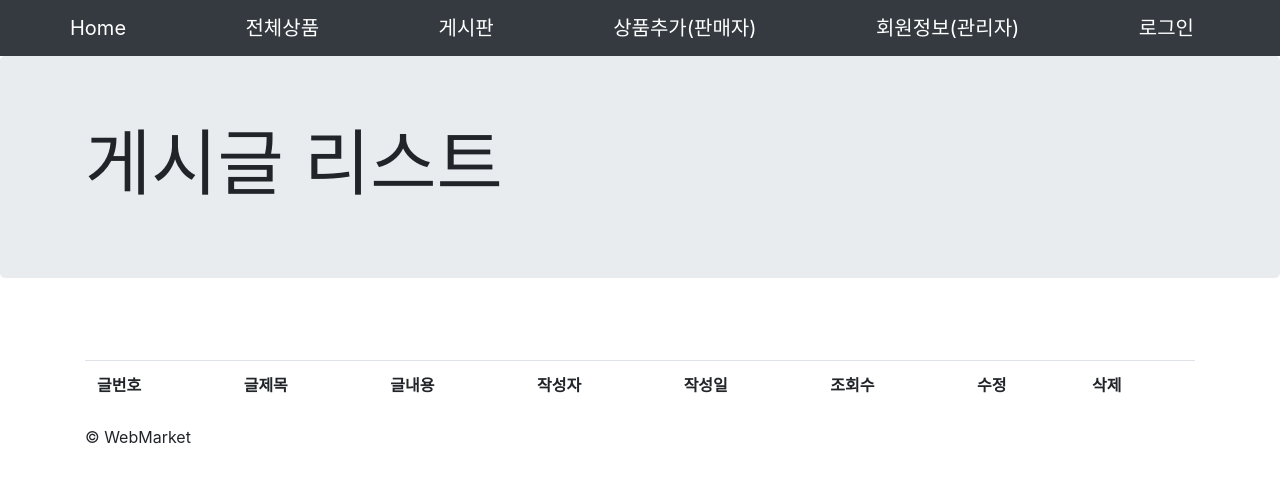
Repository: davisbyun/ai
Page: http://localhost/WebMarket/board/boardList.jsp
These files come from the project's save history. The page is drawn as it stood at one moment and after the next save; the edit follows.
The browser window is 1280 px wide. The pictures show the whole page.
The page is served by Tomcat 9. Queries for data that is not in the repository find no rows.

Above is the page before, as saved 2024-01-30 01:47:17.

After the next save:
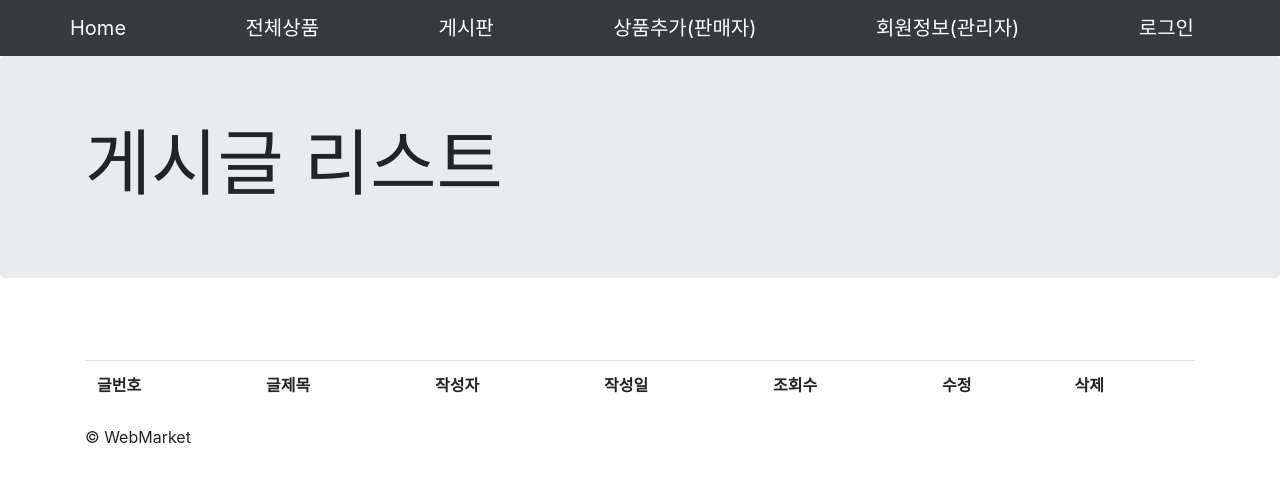
Saved 32 s later.
--- a/WebMarket/src/main/webapp/board/boardList.jsp
+++ b/WebMarket/src/main/webapp/board/boardList.jsp
@@ -43,7 +43,7 @@
 
     <div style="padding-top: 50px">
 	 <table class="table table-hover">
-    	<tr><th>글번호</th> <th>글제목</th> <th>글내용</th> <th>작성자</th> <th>작성일</th> <th>조회수</th> <th>수정</th> <th>삭제</th></tr>
+    	<tr><th>글번호</th> <th>글제목</th> <th>작성자</th> <th>작성일</th> <th>조회수</th> <th>수정</th> <th>삭제</th></tr>
         <%
           while(rs.next()) { //rs.next() 꼭 써주어야 하는 명령어 포인터 위치를 가르킨다.
         	                 //한줄만 출력하더라도 반드시 rs.next() 사용해야 한다.
